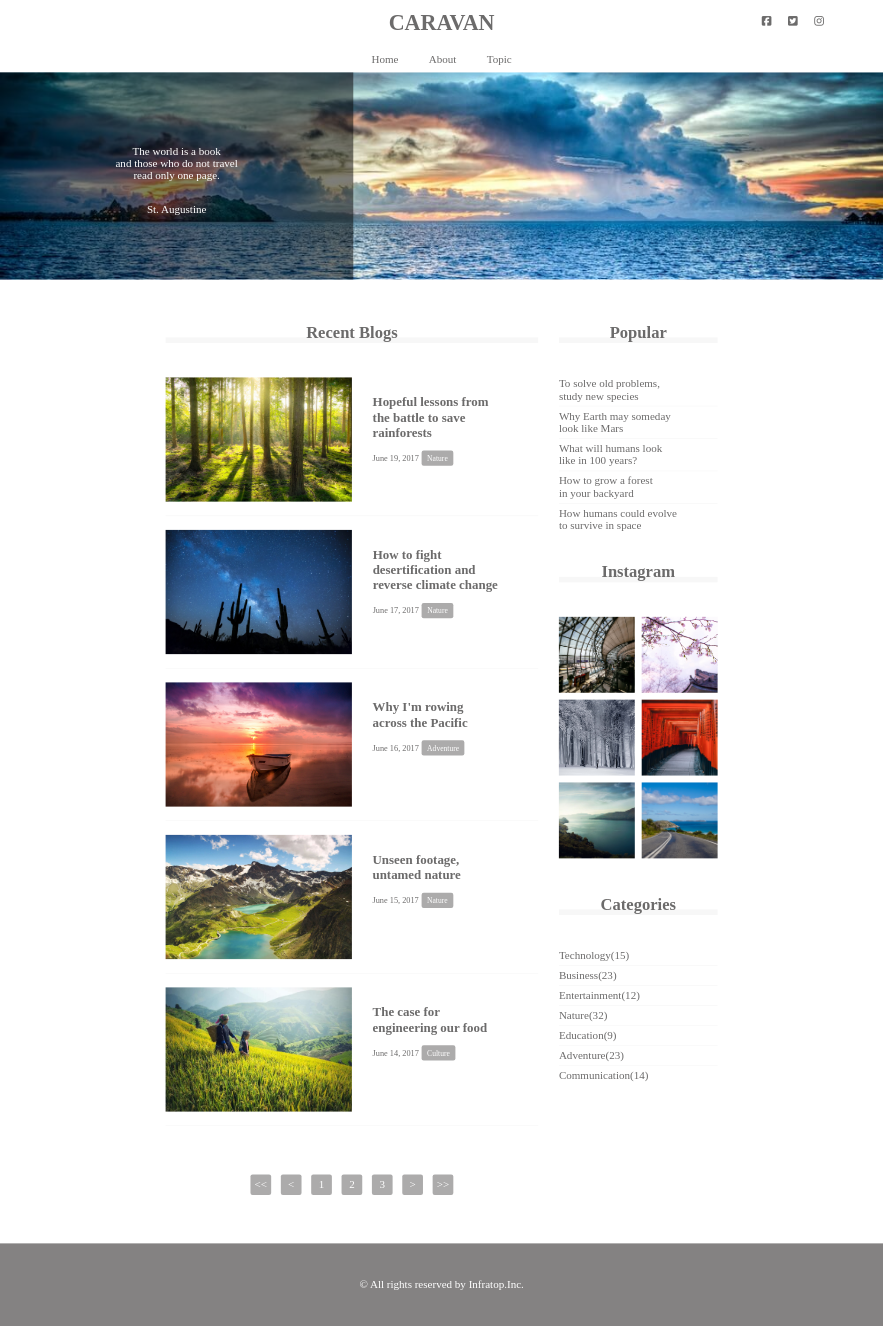
Repository: kowatann/sample_app
Page: caravan/index.html
The author's editor kept a record of every edit. The page is drawn from the files as they stood at one moment, then again after the next edit.
The browser window is 1280 px wide. The pictures show the whole page, at 69% of full size.
Some web libraries are served in a nearby version.

Above is the page before.

After the next edit:
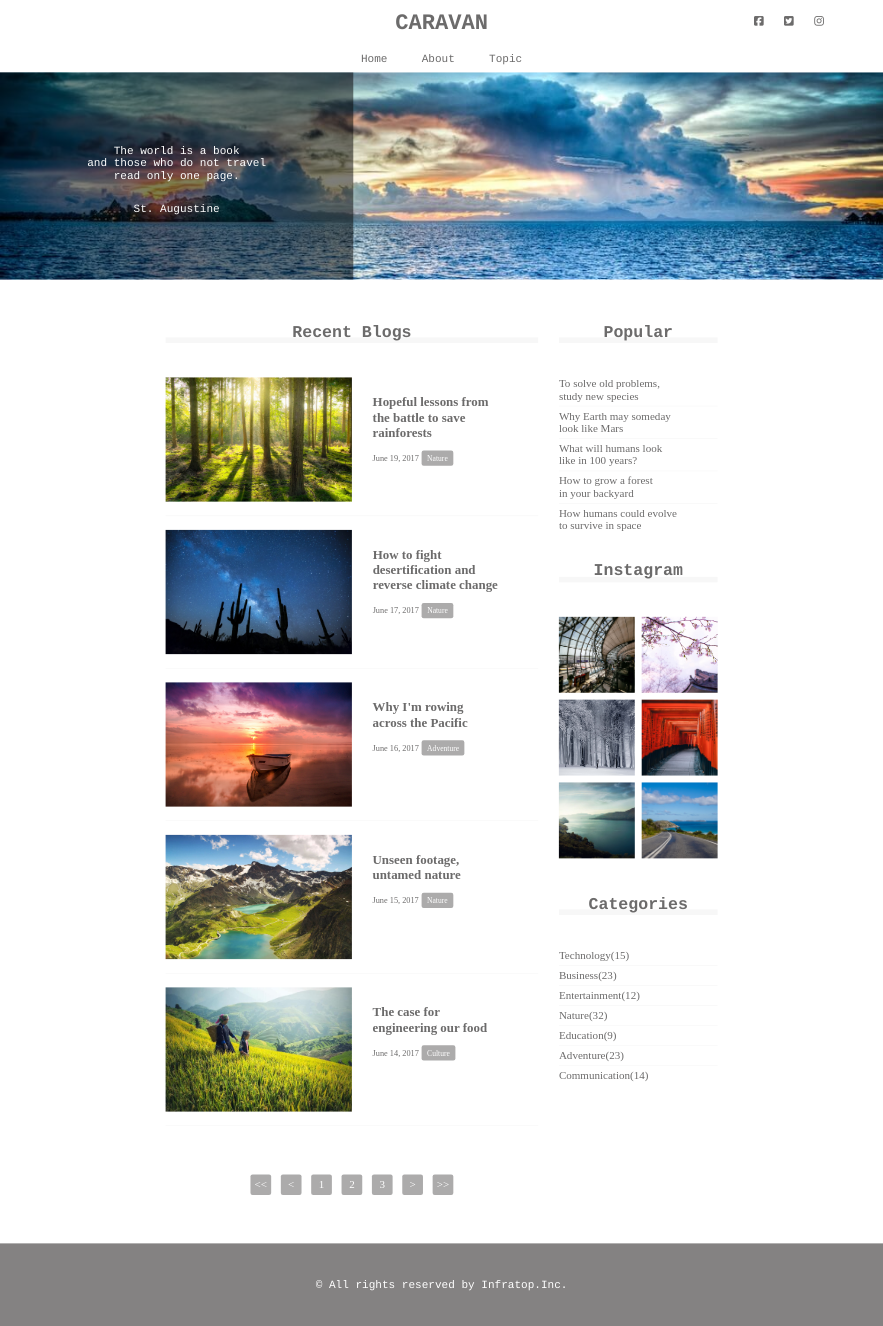
The edit:
--- a/caravan/style.css
+++ b/caravan/style.css
@@ -9,8 +9,12 @@
   text-decoration: none;
 }
 
+header, nav, h2, .main-visual, footer {
+  font-family: Chalkduster, "Bradley Hand", Courier, "Segoe Print", sans-serif;
+}
+
 header {
-  width: 90%; /* 横幅90% */
+  width: 90%;
   padding: 15px 0;
   margin: 0 auto;
   text-align: center;
